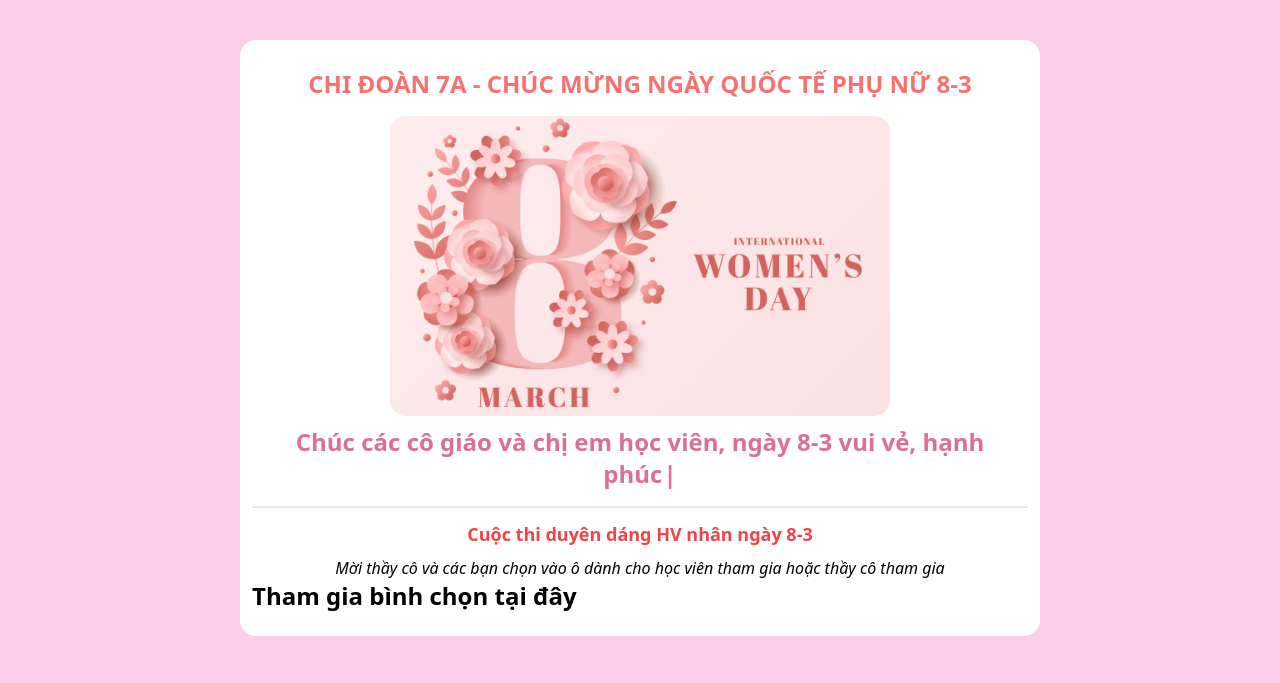
Repository: hoang0508/web-837A
Page: /
These files come from the project's save history. The page is drawn as it stood at one moment and after the next save; the edit follows.
The browser window is 1280 px wide. The pictures show the whole page.
Some web fonts or font styles are not loaded; a fallback is used. The project was rebuilt for these pictures with package versions that can differ from the ones it lists, and the page was loaded fresh each time. Also part of the build but not shown: vite.config.js.

Above is the page before, as saved 2025-02-28 19:25:15.

### index.html
<!DOCTYPE html>
<html lang="en">
  <head>
    <meta charset="UTF-8" />
    <link rel="icon" type="image/svg+xml" href="/vite.svg" />
    <meta name="viewport" content="width=device-width, initial-scale=1.0" />
    <link rel="preconnect" href="https://fonts.googleapis.com" />
    <link rel="preconnect" href="https://fonts.gstatic.com" crossorigin />
    <link
      href="https://fonts.googleapis.com/css2?family=Bai+Jamjuree:ital,wght@0,200;0,300;0,400;0,500;0,600;0,700;1,200;1,300;1,400;1,500;1,600;1,700&family=Montserrat:ital,wght@0,100..900;1,100..900&display=swap"
      rel="stylesheet"
    />
    <title>Vite + React</title>
  </head>
  <body>
    <div id="root"></div>
    <script type="module" src="/src/main.jsx"></script>
  </body>
</html>

### src/index.css
@import url("https://fonts.googleapis.com/css2?family=Bai+Jamjuree:ital,wght@0,200;0,300;0,400;0,500;0,600;0,700;1,200;1,300;1,400;1,500;1,600;1,700&family=Montserrat:ital,wght@0,100..900;1,100..900&display=swap");
@tailwind base;
@tailwind components;
@tailwind utilities;
*,
*:before,
*:after {
  box-sizing: border-box;
}

img,
picture,
svg,
video {
  display: block;
  max-width: 100%;
}
input,
select,
textarea {
  background-color: transparent;
  outline: none;
}
button {
  cursor: pointer;
  background-color: transparent;
  outline: none;
  border: 0;
}
body {
  min-height: 100vh;
  font-weight: 400;
  font-size: 16px;
  line-height: 1;
}

.Typewriter {
  margin: 10px;
  color: palevioletred;
  text-align: center;
  height: 70px;
}

### src/App.jsx
import { useState } from "react";
import reactLogo from "./assets/react.svg";
import anh83 from "./assets/anh832.png";
import Typewriter from "typewriter-effect";

import "./index.css";

function App() {
  const [count, setCount] = useState(0);

  return (
    <>
      <div className="text-2xl font-bold  bg-pink-200 min-h-screen p-10">
        <div className="bg-white shadow-3xl p-3 w-[800px]  my-0 mx-auto rounded-2xl">
          <h1 className="text-center text-red-400 p-4 uppercase">
            Chi đoàn 7A - CHÚC MỪNG NGÀY QUỐC TẾ PHỤ NỮ 8-3
          </h1>
          <div className="mx-auto w-[500px] h-[300px]">
            <img
              src={anh83}
              alt="##"
              className="w-full h-full object-cover rounded-2xl"
            />
          </div>
          <div className="border-b-2 border-gray-200">
            <Typewriter
              options={{
                strings: [
                  `${"Chúc các cô giáo và chị em học viên, ngày 8-3 vui vẻ, hạnh phúc, luôn mạnh khỏe và thành công! 🌸💐❤️❤️❤️💰"}`,
                ],
                delay: 75,
                autoStart: true,
                loop: true,
              }}
            />
          </div>
          <div className="my-3">
            <h3 className="text-center font-bold text-red-500 mb-2 text-lg">
              Cuộc thi duyên dáng HV nhân ngày 8-3
            </h3>
            <p className="text-center italic text-base font-light">
              Mời thầy cô và các bạn chọn vào ô dành cho học viên tham gia hoặc
              thầy cô tham gia
            </p>
            <button>Tham gia bình chọn tại đây</button>
          </div>
        </div>
      </div>
    </>
  );
}

export default App;

### tailwind.config.js
/** @type {import('tailwindcss').Config} */
export default {
  content: ["./index.html", "./src/**/*.{js,ts,jsx,tsx}"],
  theme: {
    extend: {
      keyframes: {
        typing: {
          "0%": {
            width: "0%",
            visibility: "hidden",
          },
          "100%": {
            width: "100%",
          },
        },
        blink: {
          "50%": {
            borderColor: "transparent",
          },
          "100%": {
            borderColor: "white",
          },
        },
      },
      animation: {
        typing: "typing 5s steps(40) infinite alternate, blink .10s infinite",
      },
    },
  },
  plugins: [],
};

Loaded but not shown: src/main.jsx (common file)

After the next save:
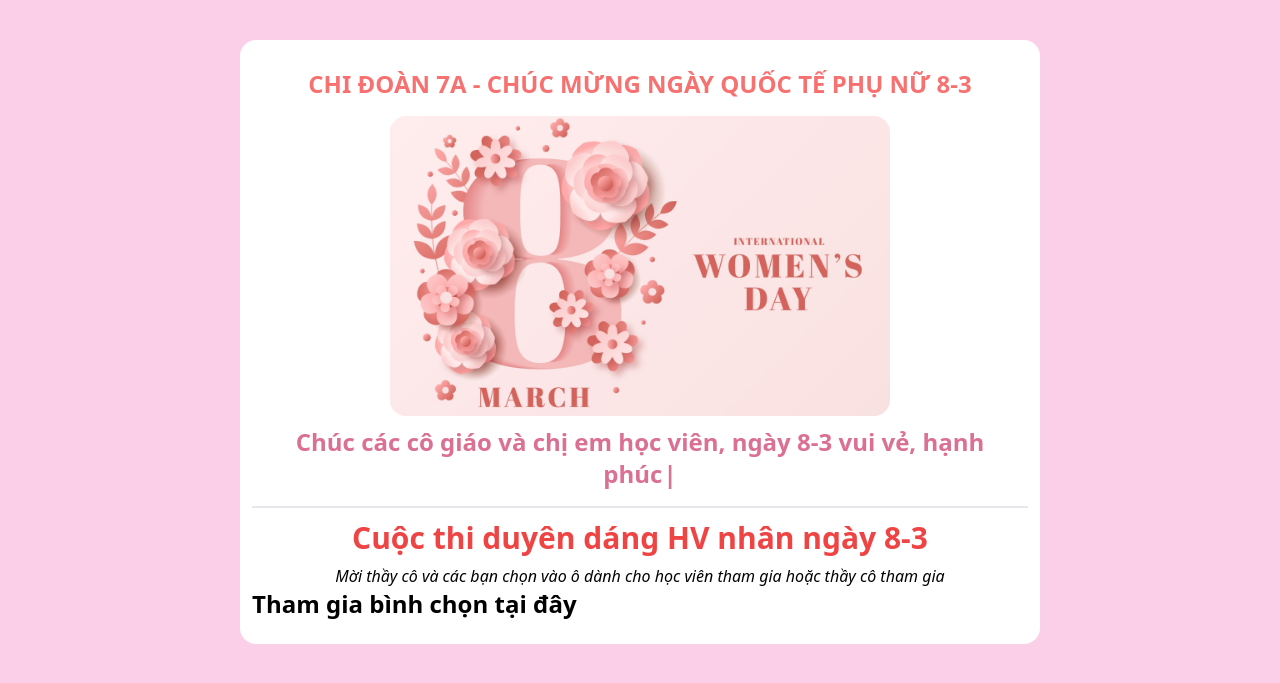
Saved 8 s later.
--- a/src/App.jsx
+++ b/src/App.jsx
@@ -35,7 +35,7 @@ function App() {
             />
           </div>
           <div className="my-3">
-            <h3 className="text-center font-bold text-red-500 mb-2 text-lg">
+            <h3 className="text-center font-bold text-red-500 mb-2 text-3xl">
               Cuộc thi duyên dáng HV nhân ngày 8-3
             </h3>
             <p className="text-center italic text-base font-light">
